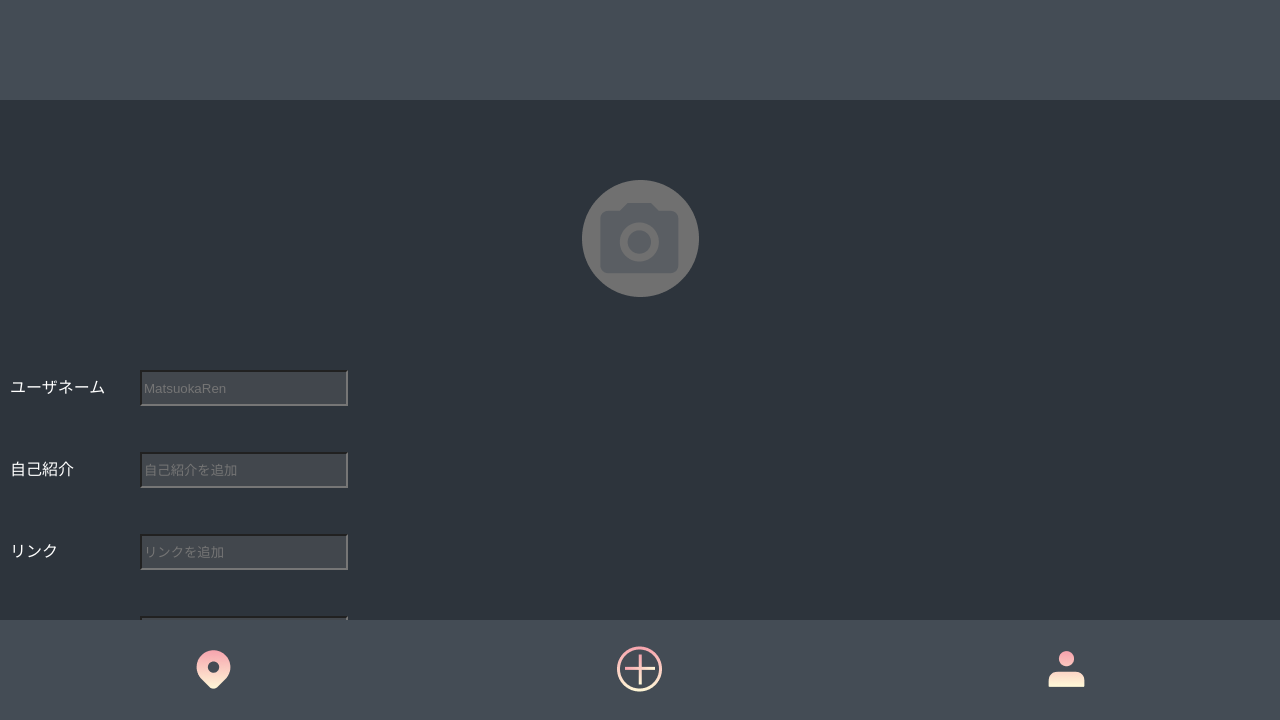
Repository: ren0714poo/respos
Page: edit.html
The author's editor kept a copy of each file at every save. The page is drawn from the files as they stood at one save, then again after the next save.
The browser window is 1280 px wide. The pictures show the whole page.

Above is the page before, as saved 2025-07-17 14:17:04.

### edit.html
<!DOCTYPE html>
<html lang="ja">
<head>
  <meta charset="UTF-8">
  <meta name="viewport" content="width=device-width, initial-scale=1.0">
  <title>respos_edit</title>
  <link rel="stylesheet" href="css/edit.css">
</head>
<body>
  <header>
  </header>

  <main>
    <div class="edit_img"><img src="img/camera_chenge.png" alt="カメラ変更"></div>
    <div class="edit">
      <div class="edit_flex">
        <p>ユーザネーム</p>
        <input type="text" placeholder="MatsuokaRen"><br>
      </div>
      <div class="edit_flex">
        <p>自己紹介</p>
        <input type="text" placeholder="自己紹介を追加"><br>
      </div>
      <div class="edit_flex">
        <p>リンク</p>
        <input type="text" placeholder="リンクを追加"><br>
      </div>
      <div class="edit_flex">
        <p>好きな食べ物</p>
        <input type="text" placeholder="好きな食べ物の追加">
      </div>


    </div>
  </main>

  <footer>
    <button type="button" id="pin" onclick="location.href='top.html'"><img src="img/tabler_map-pin-filled.png" alt="ピン"></button>
    <button type="button"><img src="img/post.png" alt="投稿"></button>
    <button type="button" id="profile" onclick="location.href='profile.html'"><img src="img/icon-park-solid_people.png" alt="プロフィール"></button>
  </footer>

</body>
</html>

### css/edit.css
@media screen and (max-width:480px){


}

html, body {
  color: white;
  background: #2D343C;
  height: 100%;
  margin: 0;
  padding: 0;
  display: grid;
  grid-template-rows: 100px calc(100vh - 200px) 100px;
  grid-template-areas:
  "header"
  "main"
  "footer"
  ;
}



header{
  width: 100%;
  height: 100px;
  background: #444C55;
  display: flex;
  grid-area: header;
}




main{
  width: 100%;
  height: 100%;
  grid-area: main;
}

.edit {
  margin-top: 50px;
  line-height: 50px;
}
.edit_flex{
  display: flex;
p{
  width: 100px;
  margin-left: 10px;
}
input{
  width: 200px;
  height: 30px;
  margin: auto 0;
  margin-left: 30px;
    background: rgba(152, 147, 147, 0.2);

}
}

.edit_img {
  display: flex;
  flex-direction: column;
  align-items: center;
  margin-top: 80px;
}











footer {
  background: #444C55;
  display: flex;
  justify-content: space-around;
  align-items: center;
}

footer button {
  background: transparent;
  border: none;
}

After the next save:
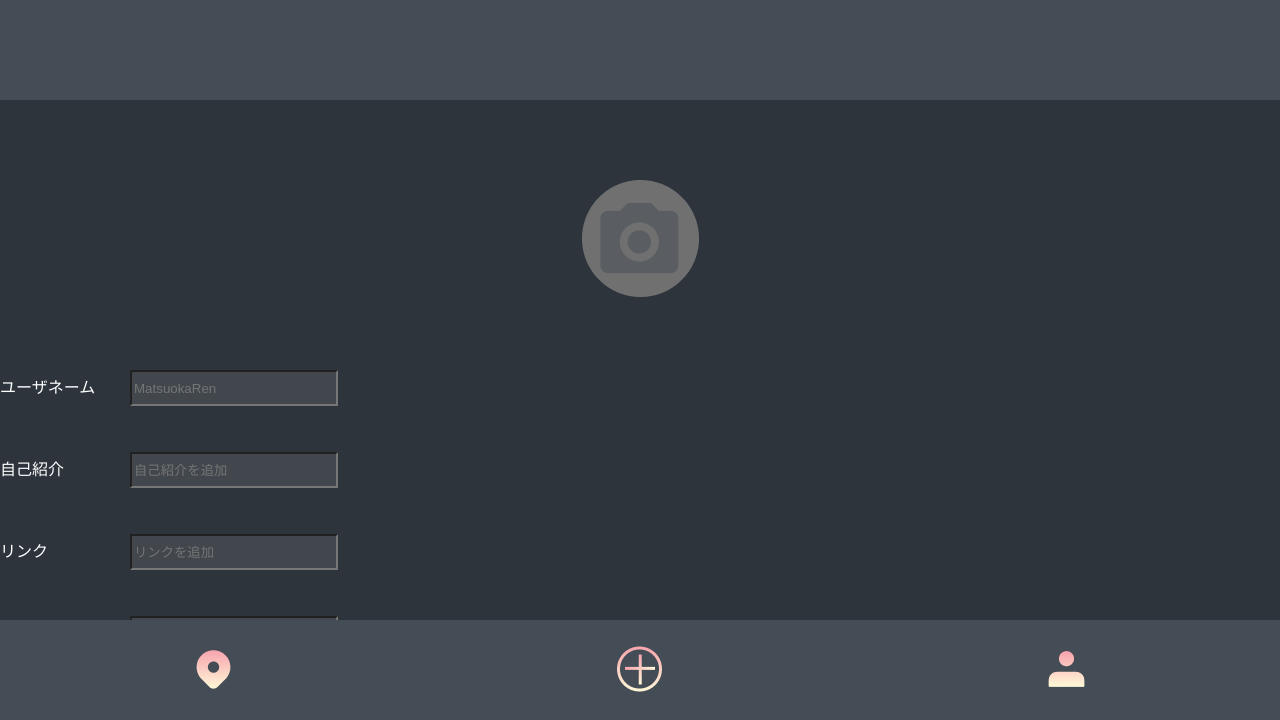
Saved 24 s later.
--- a/css/edit.css
+++ b/css/edit.css
@@ -45,14 +45,13 @@ main{
   display: flex;
 p{
   width: 100px;
-  margin-left: 10px;
 }
 input{
   width: 200px;
   height: 30px;
   margin: auto 0;
   margin-left: 30px;
-    background: rgba(152, 147, 147, 0.2);
+  background: rgba(152, 147, 147, 0.2);
 
 }
 }
